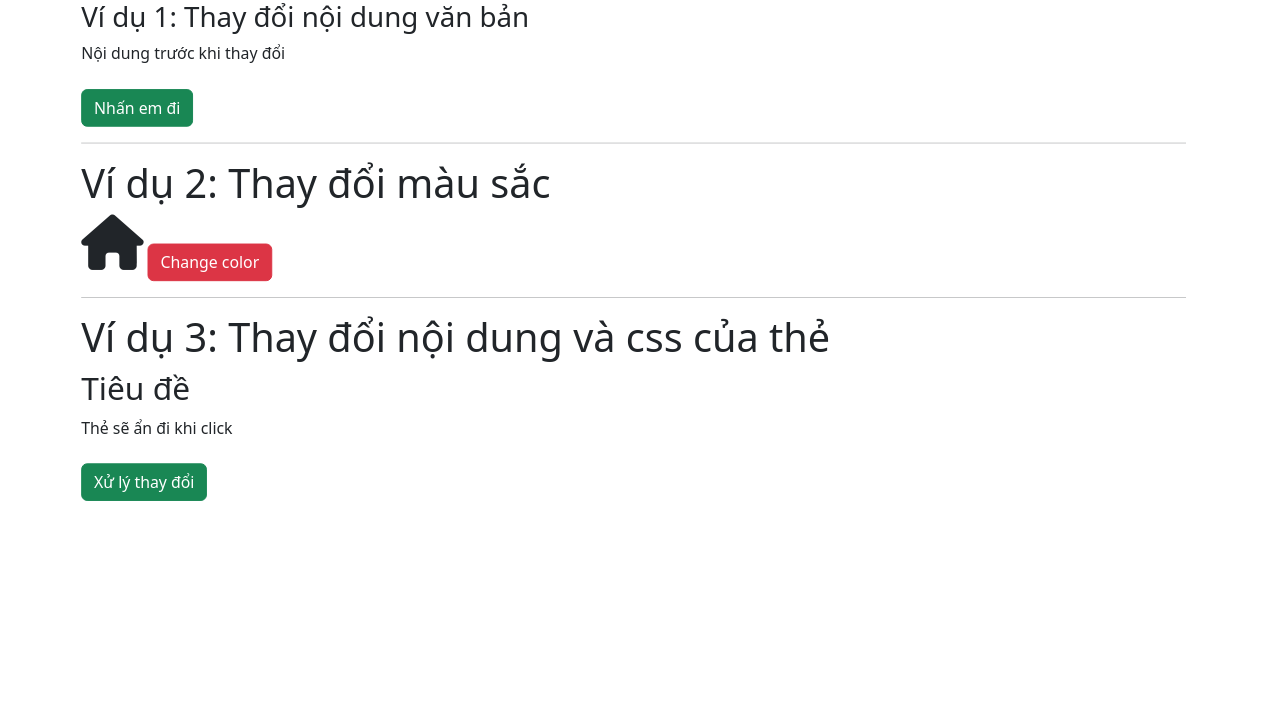
Repository: hcozyph/cyberSoft_JS_fulldocs
Page: JS_2/index.html
An editor plug-in stored every save of this project. The page is shown before and after the next save, followed by the edit.
The browser window is 1280 px wide. The pictures show the whole page, at 99% of full size.

Above is the page before, as saved 2023-02-05 11:28:27.

After the next save:
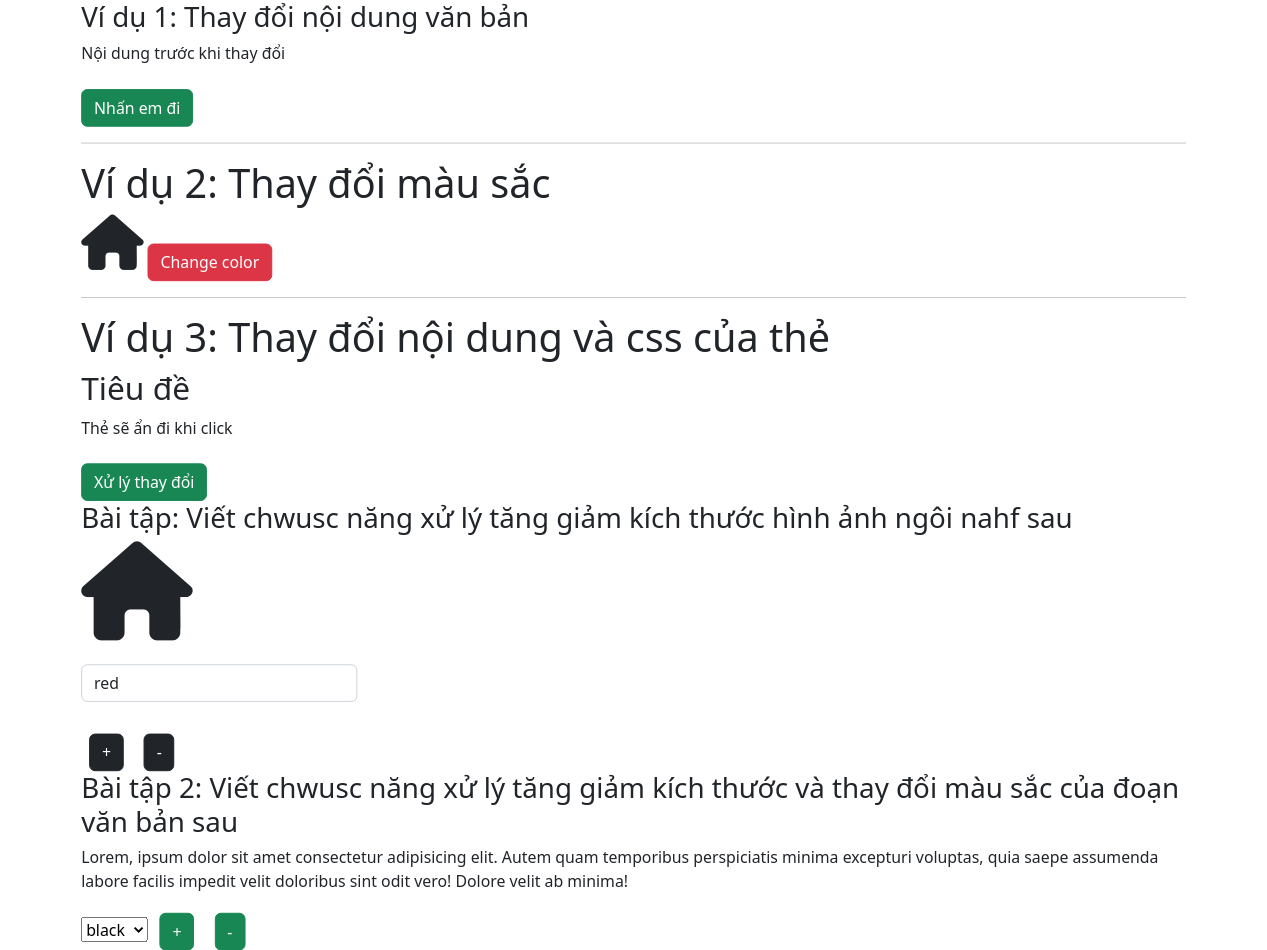
Saved 3 days later.
--- a/JS_2/index.html
+++ b/JS_2/index.html
@@ -59,7 +59,53 @@
             <button class="btn btn-success mt-2" onclick="changeContent()">
                 Xử lý thay đổi
             </button>
+
+            <h3>
+                Bài tập: Viết chwusc năng xử lý tăng giảm kích thước hình ảnh
+                ngôi nahf sau
+            </h3>
+            <i
+                id="home"
+                class="fa fa-home d-block"
+                style="font-size: 100px"
+            ></i>
+            <br />
+            <select name="" id="colors" class="form-control w-25">
+                <option value="">red</option>
+                <option value="">green</option>
+                <option value="">blue</option>
+            </select>
+            <br />
+
+            <button class="btn btn-dark mx-2 mt-2" id="btnTang">+</button>
+            <button class="btn btn-dark mx-2 mt-2" id="btnGiam">-</button>
+
+            <!-- BT2 -->
+            <h3>
+                Bài tập 2: Viết chwusc năng xử lý tăng giảm kích thước và thay
+                đổi màu sắc của đoạn văn bản sau
+            </h3>
+
+            <p id="text">
+                <!-- gõ lorem -> enter -->
+                Lorem, ipsum dolor sit amet consectetur adipisicing elit. Autem
+                quam temporibus perspiciatis minima excepturi voluptas, quia
+                saepe assumenda labore facilis impedit velit doloribus sint odit
+                vero! Dolore velit ab minima!
+            </p>
+
+            <select name="" id="color-text" class="my-2 form">
+                <option value="" selected>black</option>
+                <option value="">red</option>
+                <option value="">green</option>
+                <option value="">blue</option>
+            </select>
+
+            <button class="btn btn-success mx-2" id="btnTangFont">+</button>
+
+            <button class="btn btn-success mx-2" id="btnGiamFont">-</button>
         </div>
+
         <!-- Bootstrap JavaScript Libraries -->
         <script
             src="https://cdn.jsdelivr.net/npm/@popperjs/core@2.11.6/dist/umd/popper.min.js"
